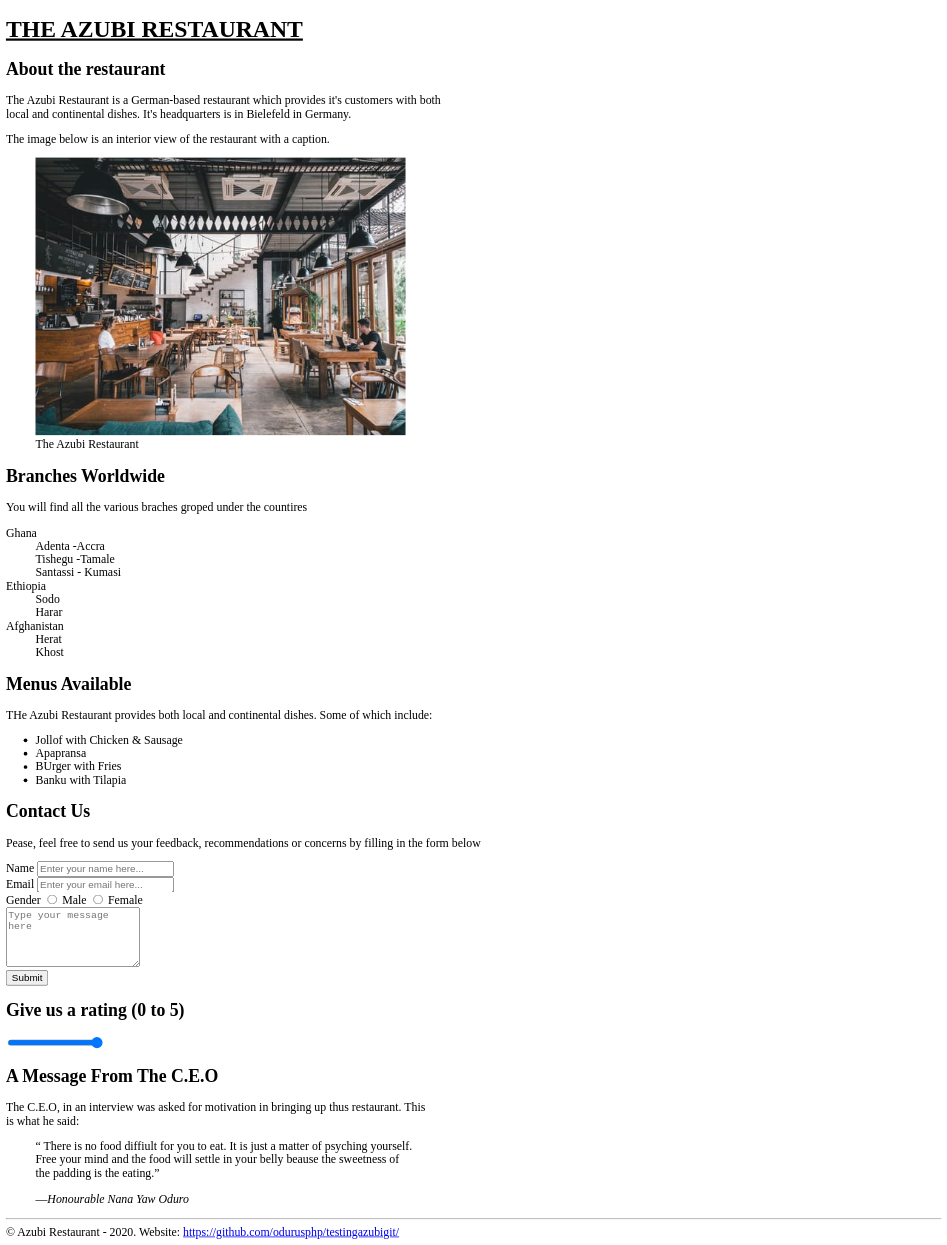
Repository: odurusphp/testingazubigit
Page: Fortune/FortunatusWulnye.html
These files come from the project's save history. The page is drawn as it stood at one moment and after the next save; the edit follows.
The browser window is 1280 px wide. The pictures show the whole page, at 74% of full size.

Above is the page before, as saved 2020-08-02 10:43:37.

### Fortune/FortunatusWulnye.html
<!--COMMENTS THAT ARE MINE ARE WRITTEN IN CAPITAL LETTERS-->
<!--THE GENERAL STRUCTURE OF THE PAGE IS GOOD WITH THE INDENTATION TOO-->
<!--THE CLASSES THAT YOU IMPLEMENTED TOO ARE GREAT KEEP IT UP-->
<!DOCTYPE html>
<html lang="en">
  <head>

    <meta charset="UTF-8" />
    <meta name="viewport" content="width=device-width, initial-scale=1.0" />
    <title>The Azubi Restaurant</title>
    <meta name="descrition" content="A website for Azubi restaurant">
    <meta name="author" content="Fortunatus Aabangbio Wulnye">
    <link rel="stylesheet" href="css/style.css">

  </head>

  <body>

    <div class="main-container" id="main-container">
      <div class="mainHeading"></div>
        <h1><u>THE AZUBI RESTAURANT</u> </h1>
      </div>

      <div class="content">
        <div class="About">
          <h2>About the restaurant</h2>
          <p>
            The Azubi Restaurant is a German-based restaurant which provides
            it's customers with both <br />
            local and continental dishes. It's headquarters is in Bielefeld in
            Germany.
          </p>
          <p>
            The image below is an interior view of the restaurant with a caption.
          </p>
          <!--IN ADDING THE IMAGE YOU TYPED OUT THE SRC WRONGLY KINDLY TAKE NOTE AND DO WELL TO REVIEW YOUR PAGE ALWAYS-->
          <figure>
            <img
              src="images/FortununatusWulnyeRestaurant.jpg"
              alt="Azubi Restaurant"
            />
            <figcaption>The Azubi Restaurant</figcaption>
          </figure>
        </div>

        <div class="branches">
          <h2>Branches Worldwide</h2>
          <p>
            You will find all the various braches groped under the countires
          </p>
          <dl>
            <dt>Ghana</dt>
            <dd>Adenta -Accra</dd>
            <dd>Tishegu -Tamale</dd>
            <dd>Santassi - Kumasi</dd>

            <dt>Ethiopia</dt>
            <dd>Sodo</dd>
            <dd>Harar</dd>

            <dt>Afghanistan</dt>
            <dd>Herat</dd>
            <dd>Khost</dd>
          </dl>
        </div>

        <div class="menus">
          <h2>Menus Available</h2>
          <p>THe Azubi Restaurant provides both local and continental dishes. Some of which include:</p>
          <ul>
            <li>Jollof with Chicken & Sausage</li>
            <li>Apapransa</li>
            <li>BUrger with Fries</li>
            <li>Banku with Tilapia</li>
          </ul>
        </div>

        <div class="Contact">
          <h2>Contact Us</h2>
          <p>Pease, feel free to send us your feedback, recommendations or concerns by filling in the form below</p>
          <form action="" method="POST">
            <label for="fname">Name</label>
            <input type="text" name="fname" placeholder ="Enter your name here..." required> <br>

            <label for="email">Email</label>
            <input type="text" name="email" placeholder ="Enter your email here..." required> <br>

            <label for="gender">Gender</label>
            <input type="radio" id="male" value="male">
            <label for="gender">Male</label>
            <input type="radio" id="female" value="female">
            <label for="gender">Female</label> <br>

            <textarea name="message" id="" cols="20" rows="5" placeholder="Type your message here"></textarea> <br/>

            <input type="submit" value="Submit"  />
          </form>

        </div>

        <div class="rating">
          <h2>Give us a rating (0 to 5)</h2>
          <div class="slider">
             <input type="range" min="0" max="5" value="50">
          </div>
        </div>

        <div class="ceomessage">
          <h2>A Message From The C.E.O</h2>
          <P>The C.E.O, in an interview was asked for motivation in bringing up thus restaurant. This<br> is what he said: <blockquote> <q> There is no food diffiult for you to eat. It is just a matter of psyching yourself.<br> Free your mind and the food
          will settle in your belly beause the sweetness of <br> the padding is the eating.</q><br> <br>
        &mdash;<cite>Honourable Nana Yaw Oduro</cite>
      </blockquote>
           </P>
        </div>
        <hr />

        <footer>
          &copy; Azubi Restaurant - 2020. Website: <a
          href="https://github.com/odurusphp/testingazubigit/">https://github.com/odurusphp/testingazubigit/</a>
        </footer>
      </div>
    </div>

  </body>
</html>

### Fortune/css/style.css
.main-container {
}

After the next save:
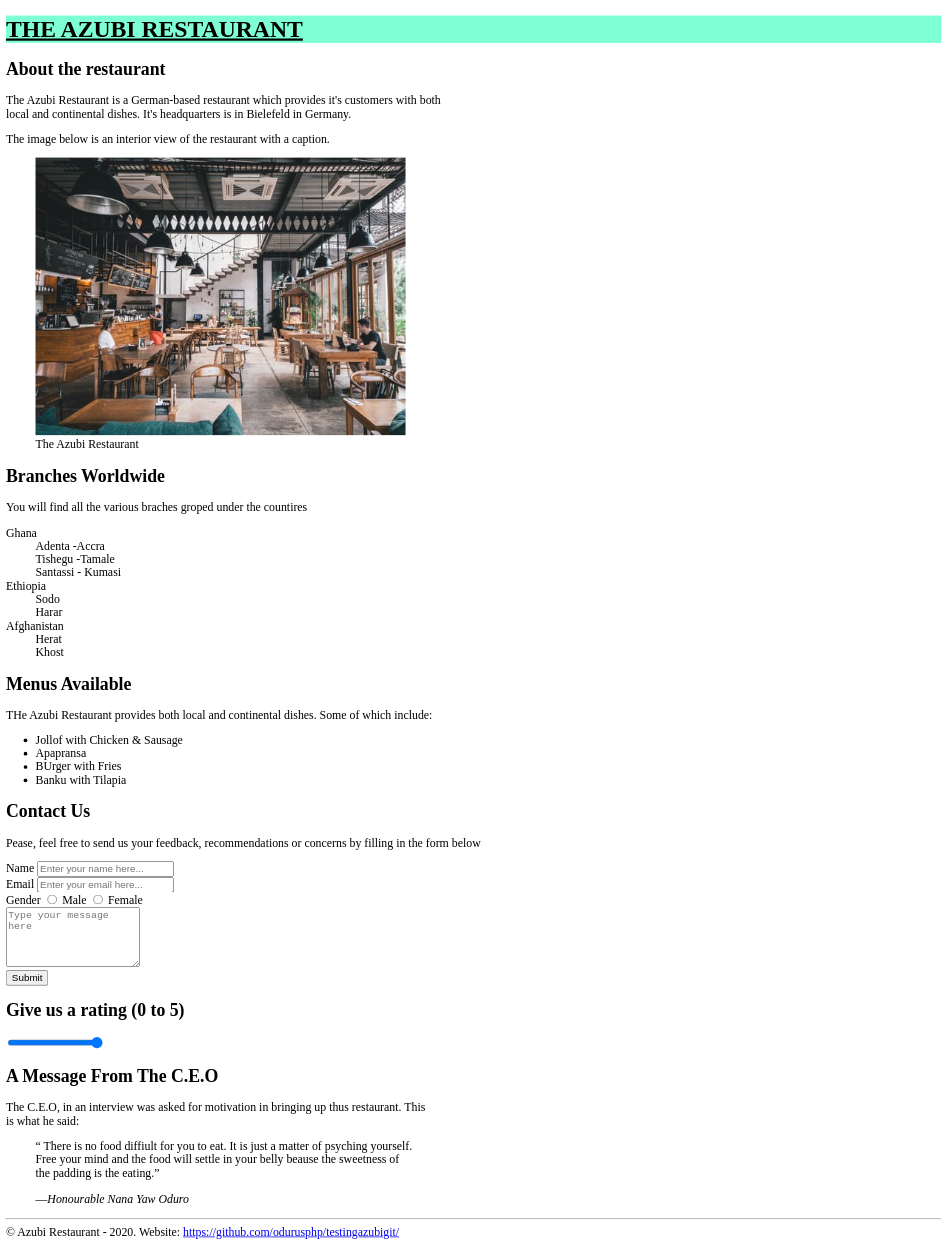
Saved 42 s later.
--- a/Fortune/css/style.css
+++ b/Fortune/css/style.css
@@ -1,2 +1,3 @@
 .main-container {
+  background-color: aquamarine;
 }
